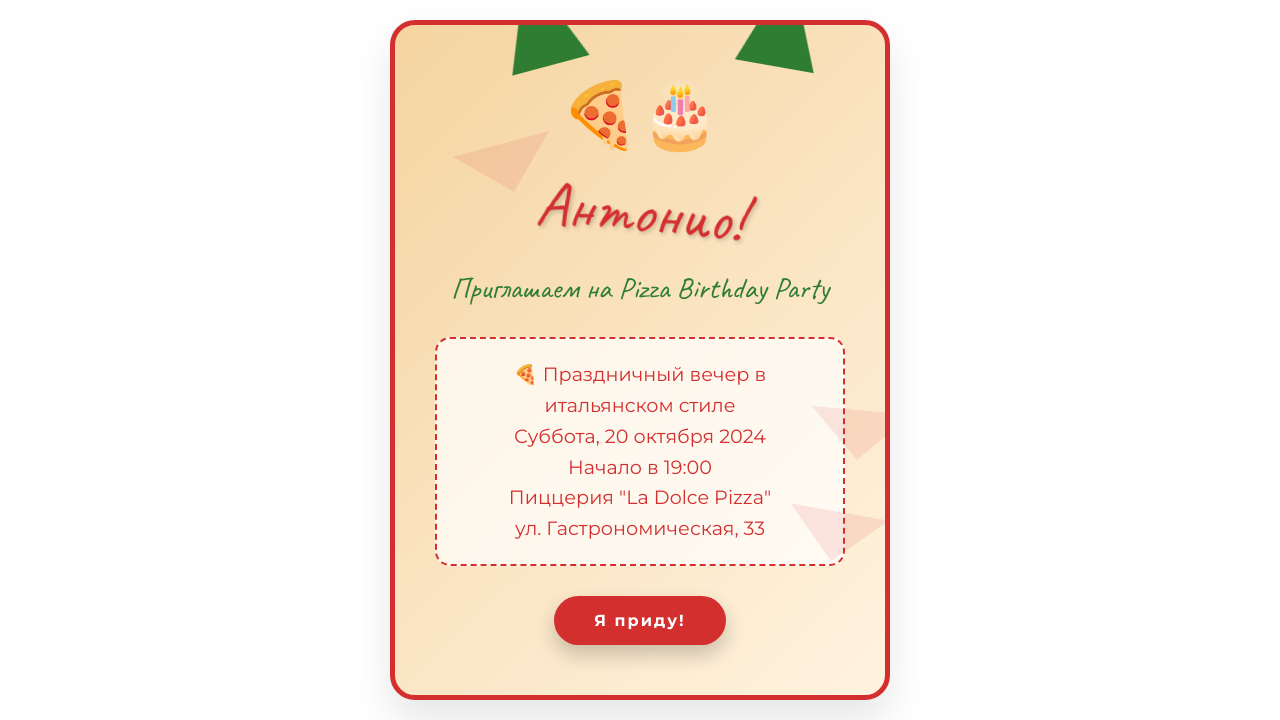
Repository: ll9llall9ll/users-management
Page: templates/6.html
These files come from the project's save history. The page is drawn as it stood at one moment and after the next save; the edit follows.
The browser window is 1280 px wide. The pictures show the whole page.
The template is drawn by Flask 3. The application's start-up code is not run. Other server files are loaded and not shown. The template is opened directly, without the code that normally fills it, so the values that code supplies are empty.

Above is the page before, as saved 2025-03-04 19:52:59.

### templates/6.html
<!DOCTYPE html>
<html lang="ru">
<head>
    <meta charset="UTF-8">
    <meta name="viewport" content="width=device-width, initial-scale=1.0">
    <title>День Рождения в Пиццерии!</title>
    <link href="https://fonts.googleapis.com/css2?family=Caveat:wght@400;700&family=Montserrat:wght@400;700&display=swap" rel="stylesheet">
    <style>
        :root {
            --color-tomato-red: #D32F2F;
            --color-pizza-dough: #F5D4A0;
            --color-basil-green: #2E7D32;
            --color-cheese-yellow: #FFC107;
            --color-background: #FFFFFF;
        }

        * {
            margin: 0;
            padding: 0;
            box-sizing: border-box;
        }

        body {
            font-family: 'Montserrat', sans-serif;
            background-color: var(--color-background);
            display: flex;
            justify-content: center;
            align-items: center;
            min-height: 100vh;
            perspective: 1000px;
            overflow: hidden;
            color: var(--color-tomato-red);
        }

        .invitation-container {
            width: 500px;
            background: linear-gradient(135deg, var(--color-pizza-dough), #FFF3E0);
            border-radius: 25px;
            box-shadow: 0 20px 40px rgba(0,0,0,0.1);
            position: relative;
            overflow: hidden;
            text-align: center;
            padding: 50px 20px;
            border: 5px solid var(--color-tomato-red);
        }

        .pizza-decoration {
            position: absolute;
            width: 100%;
            height: 100%;
            pointer-events: none;
            z-index: 1;
        }

        .pizza-slice {
            position: absolute;
            width: 100px;
            height: 100px;
            background-color: var(--color-tomato-red);
            clip-path: polygon(50% 50%, 0 0, 100% 0);
            opacity: 0.1;
            transform: rotate(var(--rotation));
        }

        .party-props {
            position: absolute;
            top: -50px;
            width: 100%;
            display: flex;
            justify-content: space-around;
            z-index: 10;
        }

        .pizza-hat {
            width: 80px;
            height: 100px;
            background-color: var(--color-basil-green);
            clip-path: polygon(50% 0%, 0% 100%, 100% 100%);
            transform: rotate(var(--rotation));
            animation: hat-bounce 2s infinite alternate;
        }

        @keyframes hat-bounce {
            0% { transform: translateY(0) rotate(var(--rotation)); }
            100% { transform: translateY(-10px) rotate(var(--rotation)); }
        }

        .fireworks {
            position: absolute;
            width: 100%;
            height: 100%;
            pointer-events: none;
        }

        .firework {
            position: absolute;
            width: 10px;
            height: 10px;
            background-color: var(--firework-color);
            border-radius: 50%;
            opacity: 0;
            animation: firework 1.5s ease-out;
        }

        @keyframes firework {
            0% {
                transform: scale(0);
                opacity: 1;
            }
            100% {
                transform: scale(2);
                opacity: 0;
            }
        }

        .pizza-emoji {
            font-size: 4rem;
            margin-bottom: 20px;
        }

        .name-highlight {
            font-family: 'Caveat', cursive;
            font-size: 60px;
            color: var(--color-tomato-red);
            text-shadow: 2px 2px 4px rgba(0,0,0,0.2);
            margin-bottom: 20px;
            animation: name-bounce 1s infinite alternate;
        }

        @keyframes name-bounce {
            0% { transform: scale(1) rotate(-5deg); }
            100% { transform: scale(1.05) rotate(5deg); }
        }

        .invitation-text {
            font-family: 'Caveat', cursive;
            font-size: 30px;
            color: var(--color-basil-green);
            margin-bottom: 30px;
        }

        .event-details {
            background-color: rgba(255,255,255,0.7);
            border-radius: 15px;
            padding: 20px;
            margin: 0 20px 30px;
            font-size: 1.2rem;
            line-height: 1.6;
            border: 2px dashed var(--color-tomato-red);
        }

        .btn-confirm {
            display: inline-block;
            padding: 15px 40px;
            background-color: var(--color-tomato-red);
            color: white;
            text-decoration: none;
            border-radius: 50px;
            font-weight: bold;
            letter-spacing: 2px;
            transition: all 0.3s ease;
            box-shadow: 0 10px 20px rgba(0,0,0,0.2);
        }

        .btn-confirm:hover {
            transform: translateY(-5px);
            box-shadow: 0 15px 30px rgba(0,0,0,0.3);
            background-color: var(--color-basil-green);
        }
    </style>
</head>
<body>
    <div class="invitation-container">
        <div class="pizza-decoration">
            <div class="pizza-slice" style="top: 10%; left: 10%; --rotation: -15deg;"></div>
            <div class="pizza-slice" style="bottom: 20%; right: 5%; --rotation: 10deg;"></div>
            <div class="pizza-slice" style="top: 50%; left: 80%; --rotation: 5deg;"></div>
        </div>

        <div class="party-props">
            <div class="pizza-hat" style="--rotation: -15deg;"></div>
            <div class="pizza-hat" style="--rotation: 10deg;"></div>
        </div>

        <div class="fireworks"></div>

        <div class="pizza-emoji">🍕🎂</div>

        <div class="name-highlight">Антонио!</div>

        <div class="invitation-text">
            Приглашаем на Pizza Birthday Party
        </div>

        <div class="event-details">
            <p>🍕 Праздничный вечер в итальянском стиле</p>
            <p>Суббота, 20 октября 2024</p>
            <p>Начало в 19:00</p>
            <p>Пиццерия "La Dolce Pizza"</p>
            <p>ул. Гастрономическая, 33</p>
        </div>

        <a href="#" class="btn-confirm">Я приду!</a>
    </div>

    <script>
        function createFireworks() {
            const fireworksContainer = document.querySelector('.fireworks');

            function createFirework() {
                const firework = document.createElement('div');
                firework.classList.add('firework');

                firework.style.setProperty('--firework-color', `hsl(${Math.random() * 360}, 100%, 50%)`);
                firework.style.left = `${Math.random() * 100}%`;
                firework.style.top = `${Math.random() * 100}%`;
                firework.style.animationDelay = `${Math.random() * 2}s`;

                fireworksContainer.appendChild(firework);

                setTimeout(() => {
                    fireworksContainer.removeChild(firework);
                }, 2000);
            }

            setInterval(createFirework, 500);
        }

        createFireworks();
    </script>
</body>
</html>

After the next save:
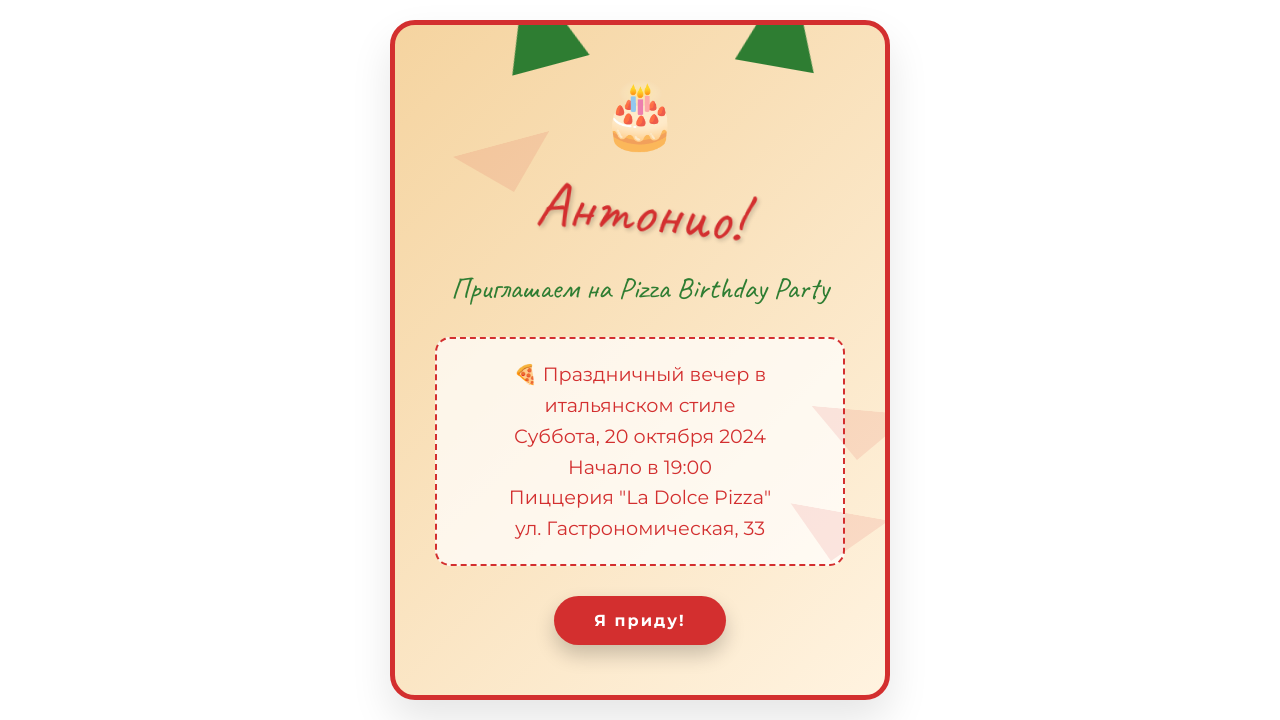
Saved 4 min 50 s later.
--- a/templates/6.html
+++ b/templates/6.html
@@ -184,7 +184,7 @@
 
         <div class="fireworks"></div>
 
-        <div class="pizza-emoji">🍕🎂</div>
+        <div class="pizza-emoji">🎂</div>
 
         <div class="name-highlight">Антонио!</div>
 
